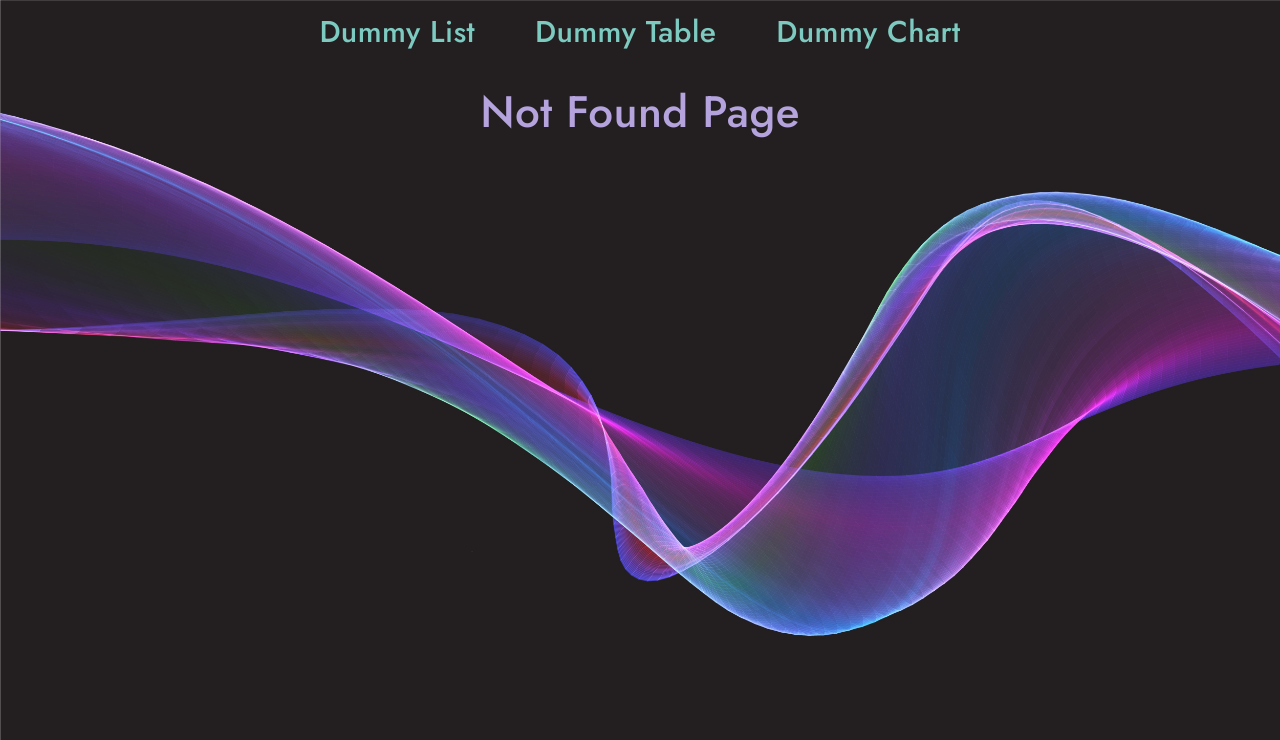
Repository: Vadim-27/backendless
Page: /tabs/dummyTable
These files come from the project's save history. The page is drawn as it stood at one moment and after the next save; the edit follows.
The browser window is 1280 px wide. The pictures show the whole page.
Backgrounds fixed to the window are drawn as part of the page. The project was rebuilt for these pictures with package versions that can differ from the ones it lists, and the page was loaded fresh each time.

Above is the page before, as saved 2023-10-28 17:24:55.

After the next save:
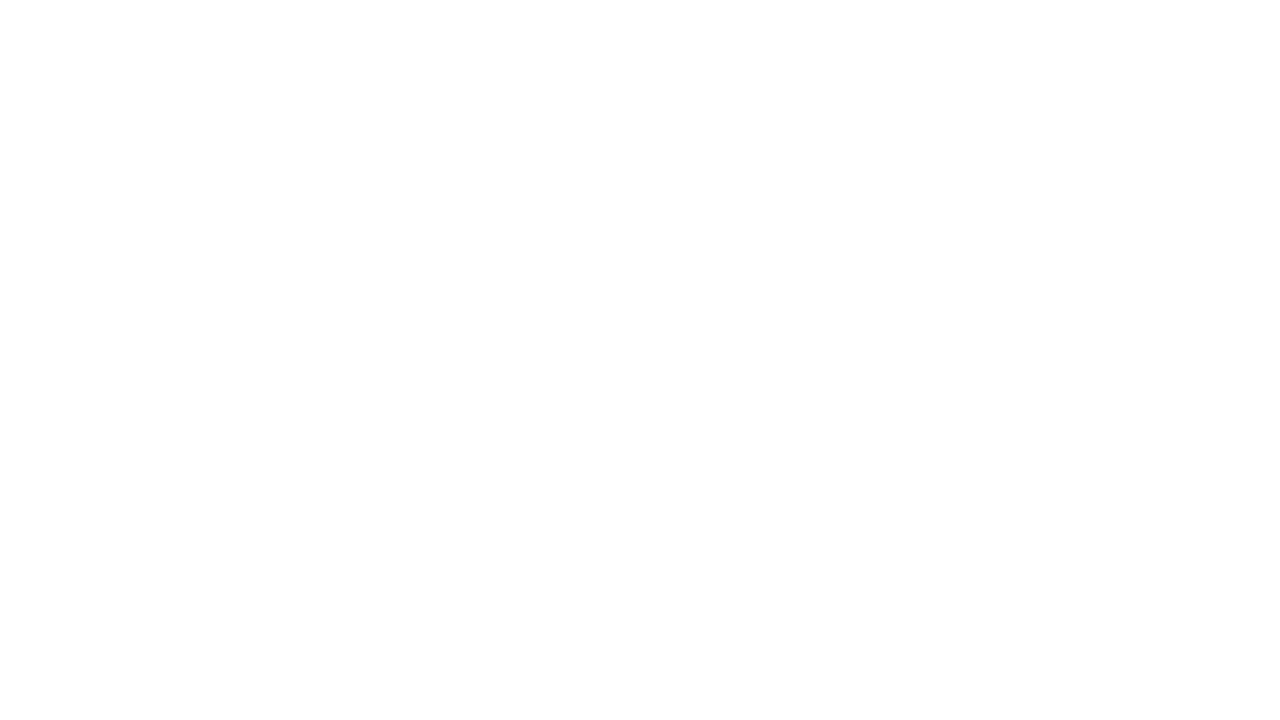
Saved 8 s later.
--- a/src/index.js
+++ b/src/index.js
@@ -6,7 +6,7 @@
 
 ReactDOM.createRoot(document.getElementById('root')).render(
   <React.StrictMode>
-    <BrowserRouter basename="/tabs/dummyTable">
+    <BrowserRouter basename="backendless/tabs/dummyTable">
       <App />
     </BrowserRouter>
   </React.StrictMode>

After the save that followed:
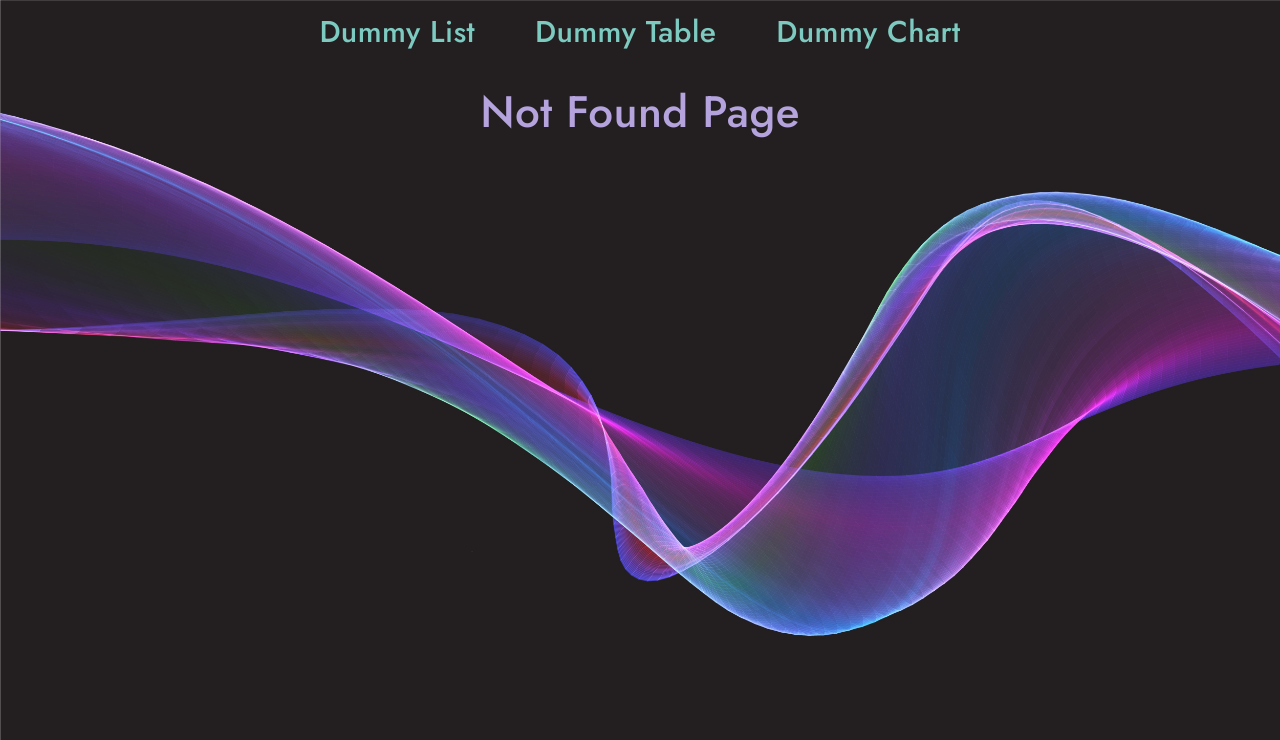
Saved 3 min 8 s later.
--- a/src/index.js
+++ b/src/index.js
@@ -6,7 +6,7 @@
 
 ReactDOM.createRoot(document.getElementById('root')).render(
   <React.StrictMode>
-    <BrowserRouter basename="backendless/tabs/dummyTable">
+    <BrowserRouter basename="tabs/dummyTable">
       <App />
     </BrowserRouter>
   </React.StrictMode>
